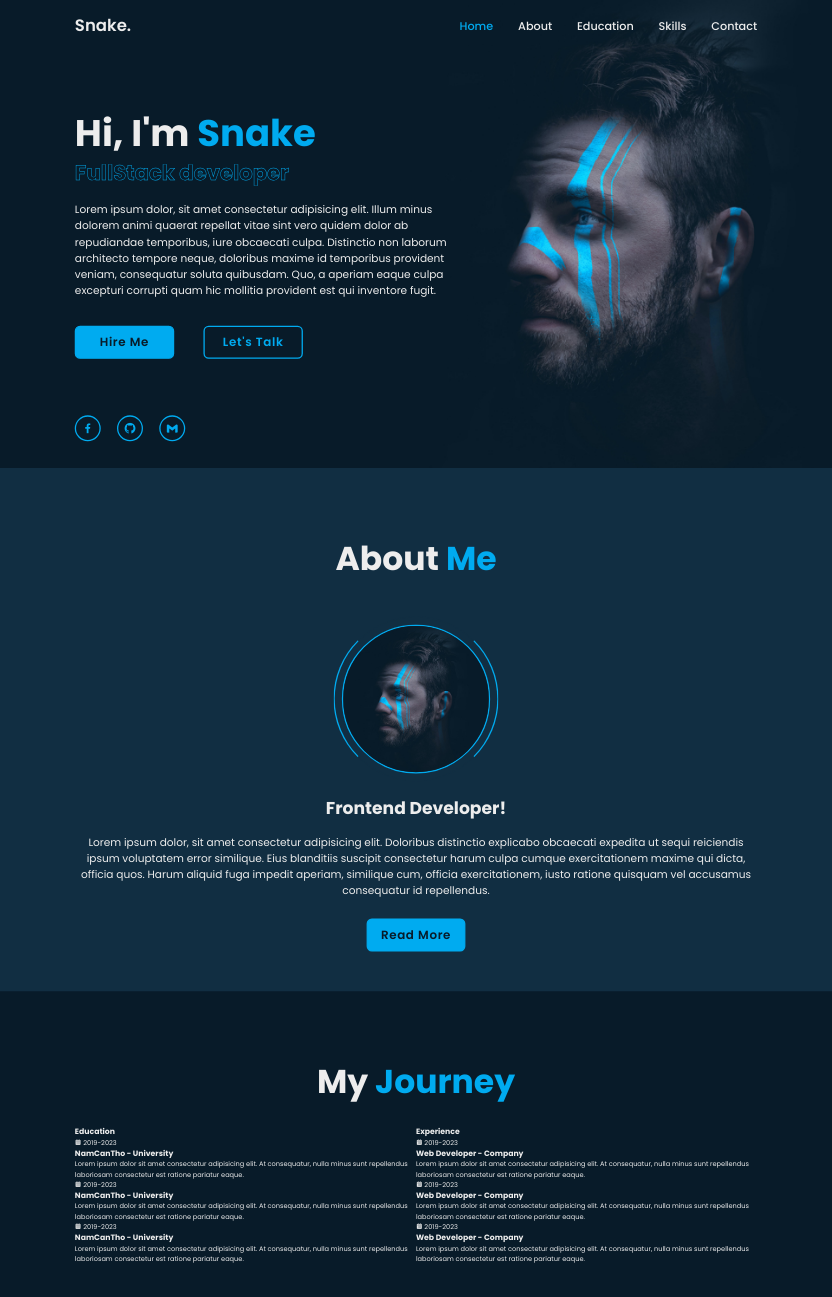
Repository: Tanty102/About_Me
Page: index.html
An editor plug-in stored every save of this project. The page is shown before and after a run of saves, followed by the edit.
The browser window is 1280 px wide. The pictures show the whole page, at 65% of full size.

Above is the page before, as saved 2023-09-12 18:31:45.

### index.html
<!DOCTYPE html>
<html lang="en">
  <head>
    <meta charset="UTF-8" />
    <meta name="viewport" content="width=device-width, initial-scale=1.0" />
    <link rel="stylesheet" href="style.css" />
    <title>CV Snake</title>
  </head>

  <!-- box icons -->
  <link
    href="https://unpkg.com/boxicons@2.1.4/css/boxicons.min.css"
    rel="stylesheet" />
  <body>
    <!-- Header design -->
    <header class="header">
      <a href="#" class="logo">Snake.</a>

      <div class="bx bx-menu" id="menu-icon"></div>

      <nav class="navbar">
        <a href="#home" class="active">Home</a>
        <a href="#about">About</a>
        <a href="#education">Education</a>
        <a href="#skills">Skills</a>
        <a href="#contact">Contact</a>
      </nav>
    </header>

    <!-- Home section design -->
    <section class="home" id="home">
      <div class="home-content">
        <h1>Hi, I'm <span>Snake</span></h1>
        <div class="text-animate">
          <h3>FullStack developer</h3>
        </div>
        <p>
          Lorem ipsum dolor, sit amet consectetur adipisicing elit. Illum minus
          dolorem animi quaerat repellat vitae sint vero quidem dolor ab
          repudiandae temporibus, iure obcaecati culpa. Distinctio non laborum
          architecto tempore neque, doloribus maxime id temporibus provident
          veniam, consequatur soluta quibusdam. Quo, a aperiam eaque culpa
          excepturi corrupti quam hic mollitia provident est qui inventore
          fugit.
        </p>

        <div class="btn-box">
          <a href="#" class="btn">Hire Me</a>
          <a href="#" class="btn">Let's Talk</a>
        </div>
      </div>

      <div class="home-sci">
        <a href="#"><i class="bx bxl-facebook"></i></a>
        <a href="#"><i class="bx bxl-github"></i></a>
        <a href="#"><i class="bx bxl-gmail"></i></a>
      </div>

      <div class="home-imgHover"></div>
    </section>

    <!-- About section design -->
    <section class="about" id="about">
      <h2 class="heading">About <span>Me</span></h2>

      <div class="about-img">
        <img src="image/about.jpg" alt="" />
        <span class="circle-spin"></span>
      </div>

      <div class="about-content">
        <h3>Frontend Developer!</h3>
        <p>
          Lorem ipsum dolor, sit amet consectetur adipisicing elit. Doloribus
          distinctio explicabo obcaecati expedita ut sequi reiciendis ipsum
          voluptatem error similique. Eius blanditiis suscipit consectetur harum
          culpa cumque exercitationem maxime qui dicta, officia quos. Harum
          aliquid fuga impedit aperiam, similique cum, officia exercitationem,
          iusto ratione quisquam vel accusamus consequatur id repellendus.
        </p>

        <div class="btn-box btns">
          <a href="#" class="btn">Read More</a>
        </div>
      </div>
    </section>

    <!-- Education section design -->
    <section class="education" id="education">
      <h2 class="heading">My <span>Journey</span></h2>

      <div class="education-row">
        <div class="education-column">
          <h3 class="title">Education</h3>

          <div class="education-box">
            <div class="education-content">
              <div class="content">
                <div class="year">
                  <i class="bx bxs-calendar"></i> 2019-2023
                </div>
                <h3>NamCanTho - University</h3>
                <p>
                  Lorem ipsum dolor sit amet consectetur adipisicing elit. At
                  consequatur, nulla minus sunt repellendus laboriosam
                  consectetur est ratione pariatur eaque.
                </p>
              </div>
            </div>

            <div class="education-content">
              <div class="content">
                <div class="year">
                  <i class="bx bxs-calendar"></i> 2019-2023
                </div>
                <h3>NamCanTho - University</h3>
                <p>
                  Lorem ipsum dolor sit amet consectetur adipisicing elit. At
                  consequatur, nulla minus sunt repellendus laboriosam
                  consectetur est ratione pariatur eaque.
                </p>
              </div>
            </div>

            <div class="education-content">
              <div class="content">
                <div class="year">
                  <i class="bx bxs-calendar"></i> 2019-2023
                </div>
                <h3>NamCanTho - University</h3>
                <p>
                  Lorem ipsum dolor sit amet consectetur adipisicing elit. At
                  consequatur, nulla minus sunt repellendus laboriosam
                  consectetur est ratione pariatur eaque.
                </p>
              </div>
            </div>
          </div>
        </div>

        <div class="education-column">
          <h3 class="title">Experience</h3>

          <div class="education-box">
            <div class="education-content">
              <div class="content">
                <div class="year">
                  <i class="bx bxs-calendar"></i> 2019-2023
                </div>
                <h3>Web Developer - Company</h3>
                <p>
                  Lorem ipsum dolor sit amet consectetur adipisicing elit. At
                  consequatur, nulla minus sunt repellendus laboriosam
                  consectetur est ratione pariatur eaque.
                </p>
              </div>
            </div>

            <div class="education-content">
              <div class="content">
                <div class="year">
                  <i class="bx bxs-calendar"></i> 2019-2023
                </div>
                <h3>Web Developer - Company</h3>
                <p>
                  Lorem ipsum dolor sit amet consectetur adipisicing elit. At
                  consequatur, nulla minus sunt repellendus laboriosam
                  consectetur est ratione pariatur eaque.
                </p>
              </div>
            </div>

            <div class="education-content">
              <div class="content">
                <div class="year">
                  <i class="bx bxs-calendar"></i> 2019-2023
                </div>
                <h3>Web Developer - Company</h3>
                <p>
                  Lorem ipsum dolor sit amet consectetur adipisicing elit. At
                  consequatur, nulla minus sunt repellendus laboriosam
                  consectetur est ratione pariatur eaque.
                </p>
              </div>
            </div>
          </div>
        </div>
      </div>
    </section>

    <script src="main.js"></script>
  </body>
</html>

### style.css
@import url("https://fonts.googleapis.com/css2?family=Poppins:wght@300;400;500;600;700;800;900&display=swap");

* {
  margin: 0;
  padding: 0;
  box-sizing: border-box;
  text-decoration: none;
  border: none;
  outline: none;
  scroll-behavior: smooth;
  font-family: "Poppins", sans-serif;
}

:root {
  --bg-color: #081b29;
  --second-bg-color: #112e42;
  --text-color: #ededed;
  --main-color: #00abf0;
}

html {
  font-size: 63.5%;
  overflow-x: hidden;
}

body {
  background: var(--bg-color);
  color: var(--text-color);
}

.header {
  position: fixed;
  top: 0;
  left: 0;
  width: 100%;
  padding: 2rem 9%;
  background: transparent;
  display: flex;
  justify-content: space-between;
  align-items: center;
  z-index: 100;
}

.logo {
  font-size: 2.5rem;
  color: var(--text-color);
  font-weight: 600;
}

.navbar a {
  font-size: 1.7rem;
  color: var(--text-color);
  font-weight: 500;
  margin-left: 3.5rem;
  transition: 0.3s;
}

.navbar a:hover,
.navbar a.active {
  color: var(--main-color);
}

#menu-icon {
  font-size: 3.6rem;
  color: var(--text-color);
  cursor: pointer;
  display: none;
}

section {
  min-height: 100vh;
  padding: 10rem 9% 2rem;
}

.home {
  display: flex;
  align-items: center;
  padding: 0 9%;
  background: url("/image/home.jpg") no-repeat;
  background-size: cover;
  background-position: center;
}

.home-content {
  max-width: 60rem;
}

.home-content h1 {
  font-size: 5.6rem;
  font-weight: 700;
  line-height: 1.3;
}

.home-content .text-animate {
  position: relative;
  width: 32.8rem;
}

.home-content .text-animate h3 {
  font-size: 3.2rem;
  font-weight: 700;
  color: transparent;
  -webkit-text-stroke: 0.7px var(--main-color);
}

.home-content p {
  font-size: 1.6rem;
  margin: 2rem 0 4rem;
}

.btn-box {
  position: relative;
  display: flex;
  justify-content: space-between;
  width: 34.5rem;
  height: 5rem;
}
.btn-box .btn {
  position: relative;
  display: inline-flex;
  justify-content: center;
  align-items: center;
  width: 15rem;
  height: 100%;
  background: var(--main-color);
  border: 0.2rem solid var(--main-color);
  border-radius: 0.8rem;
  font-size: 1.8rem;
  font-weight: 600;
  letter-spacing: 0.1rem;
  color: var(--bg-color);
  z-index: 1;
  overflow: hidden;
  transition: 0.5s;
}

.btn-box .btn:hover {
  color: var(--main-color);
}

.btn-box .btn:nth-child(2) {
  background: transparent;
  color: var(--main-color);
}

.btn-box .btn:nth-child(2):hover {
  color: var(--bg-color);
}

.btn-box .btn:nth-child(2)::before {
  background: var(--main-color);
}

.btn-box .btn::before {
  content: "";
  position: absolute;
  top: 0;
  left: 0;
  width: 0;
  height: 100%;
  background: var(--bg-color);
  z-index: -1;
  transition: 0.5s;
}

.btn-box .btn:hover::before {
  width: 100%;
}

.home-sci {
  position: absolute;
  bottom: 4rem;
  width: 170px;
  display: flex;
  justify-content: space-between;
}

.home-sci a {
  position: relative;
  display: inline-flex;
  justify-content: center;
  align-items: center;
  width: 40px;
  height: 40px;
  background: transparent;
  border: 0.2rem solid var(--main-color);
  border-radius: 50%;
  font-size: 20px;
  color: var(--main-color);
  z-index: 1;
  overflow: hidden;
  transition: 0.5s;
}

.home-sci a:hover {
  color: var(--bg-color);
}

.home-sci a::before {
  content: "";
  position: absolute;
  top: 0;
  left: 0;
  width: 0;
  height: 100%;
  background: var(--main-color);
  z-index: -1;
  transition: 0.5s;
}

.home-sci a:hover::before {
  width: 100%;
}

.home-imgHover {
  position: absolute;
  top: 0;
  right: 0;
  width: 45%;
  height: 100%;
  background: transparent;
  transition: 3s;
}

.home-imgHover:hover {
  background: var(--bg-color);
  opacity: 0.8;
}

.about {
  display: flex;
  justify-content: center;
  align-items: center;
  flex-direction: column;
  gap: 2rem;
  background: var(--second-bg-color);
  padding-bottom: 6rem;
}

.heading {
  font-size: 5rem;
  margin-bottom: 3rem;
  text-align: center;
}
span {
  color: var(--main-color);
}

.about-img {
  position: relative;
  width: 25rem;
  height: 25rem;
  border-radius: 50%;
  display: flex;
  justify-content: center;
  align-items: center;
}

.about-img img {
  width: 90%;
  border-radius: 50%;
  border: 0.2rem solid var(--main-color);
}

.about-img .circle-spin {
  position: absolute;
  top: 50%;
  left: 50%;
  transform: translate(-50%, -50%) rotate(0);
  width: 100%;
  height: 100%;
  border-radius: 50%;
  border-top: 0.2rem solid var(--second-bg-color);
  border-bottom: 0.2rem solid var(--second-bg-color);
  border-left: 0.2rem solid var(--main-color);
  border-right: 0.2rem solid var(--main-color);
}

.about-content {
  text-align: center;
}

.about-content h3 {
  font-size: 2.6rem;
}

.about-content p {
  font-size: 1.6rem;
  margin: 2rem 0 3rem;
}

.btn-box.btns {
  display: inline-block;
  width: 15rem;
}

.btn-box.btns a::before {
  background: var(--second-bg-color);
}

.education {
  display: flex;
  justify-content: center;
  align-items: center;
  flex-direction: column;
  min-height: auto;
  padding-bottom: 5rem;
}

.education .education-row {
  display: flex;
  flex-wrap: ;
}

.education-column {

}

Loaded but not shown: main.js (no copy from this time; the picture is the same without it)

After the next 2 saves:
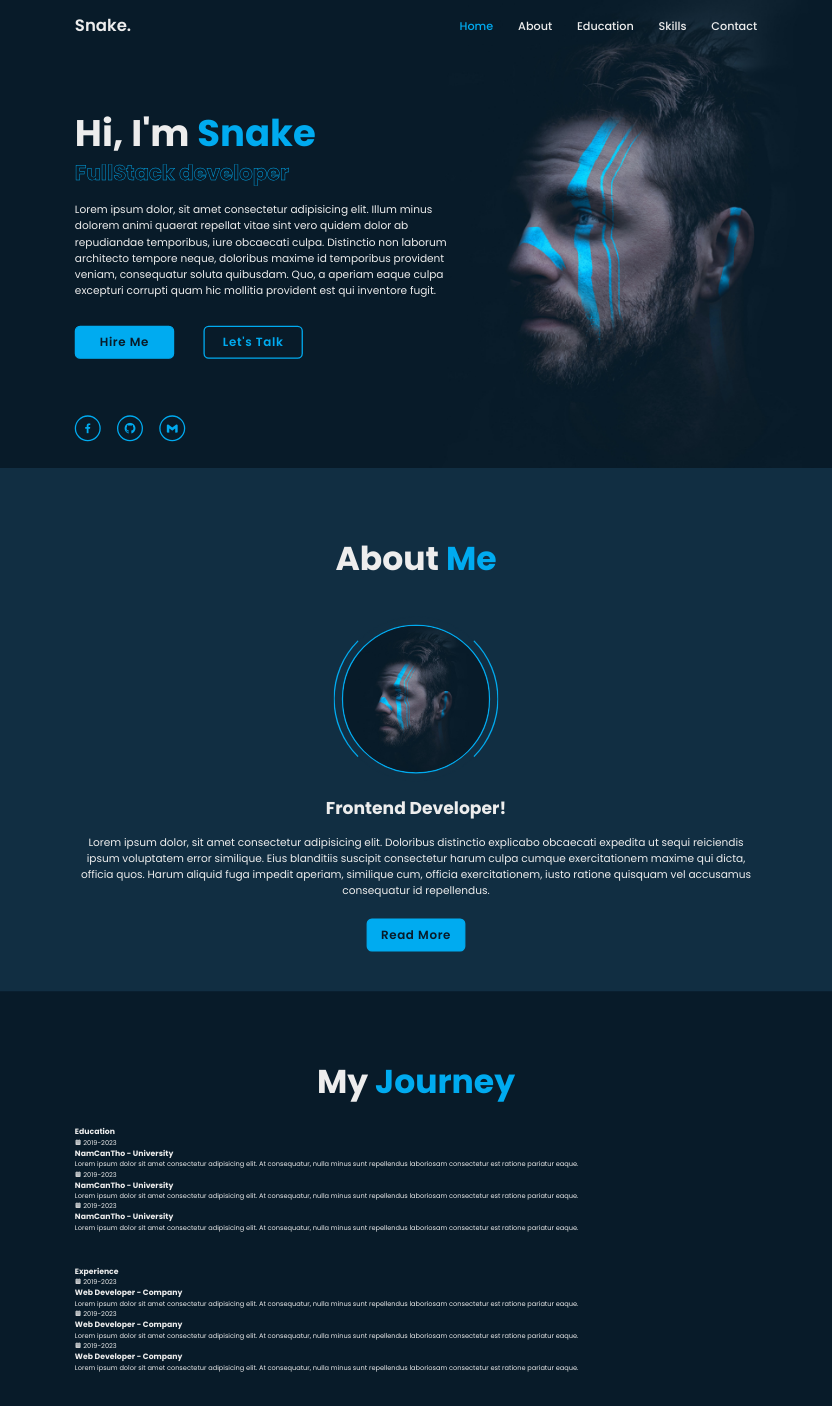
The 2 saves are shown as one change because they came seconds apart.
The last was saved 6 s later.
--- a/style.css
+++ b/style.css
@@ -309,7 +309,8 @@ span {
 
 .education .education-row {
   display: flex;
-  flex-wrap: ;
+  flex-wrap: wrap;
+  gap: 5rem;
 }
 
 .education-column {
